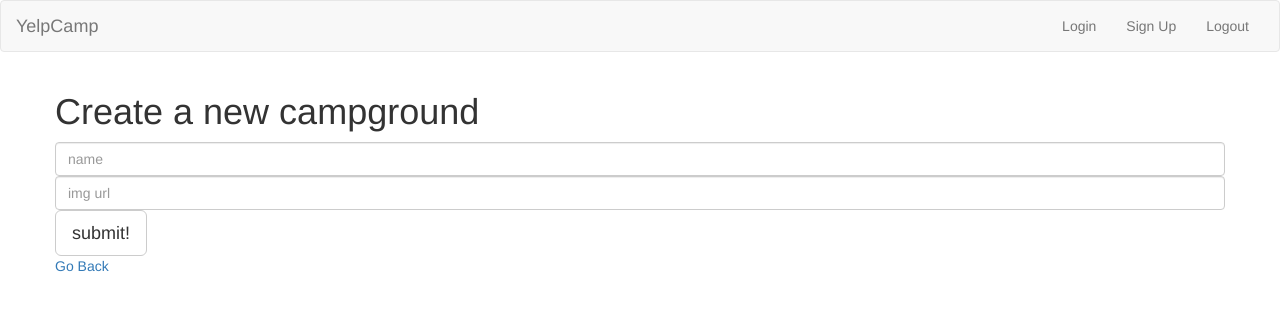
Repository: 19ycy91/myexercise
Page: http://localhost/campgrounds/new
The author's editor kept a record of every edit. The page is drawn from the files as they stood at one moment, then again after the next edit.
The browser window is 1280 px wide. The pictures show the whole page.
The page is served by the project's Node server (YelpCamp/v1/app.js).

Above is the page before.

### 6_Projects_UsingBackEndandRESTfulRoutes/workspace/YelpCamp/v1/views/new.ejs
<% include partials/header %>

<div class="container">
    <div class="row">


<h1>Create a new campground</h1>


<form action="/campgrounds" method="POST">
    <input class="form-control" type = text placeholder="name" name="name">
    <input class="form-control" type = text placeholder = "img url" name = "image">
    <button class="btn btn-lg btn-default"> submit! </button>
</form>

<a href="/campgrounds">Go Back</a>
</div>
<% include partials/footer %>

### 6_Projects_UsingBackEndandRESTfulRoutes/workspace/YelpCamp/v1/views/partials/header.ejs
<!DOCTYPE html>
<html>
    <head>
        <title> YelpCamp</title>
        <link rel="stylesheet" href="//maxcdn.bootstrapcdn.com/bootstrap/3.3.7/css/bootstrap.min.css" integrity="sha384-BVYiiSIFeK1dGmJRAkycuHAHRg32OmUcww7on3RYdg4Va+PmSTsz/K68vbdEjh4u" crossorigin="anonymous">

    </head>
    <body>

    <nav class="navbar navbar-default">
        <div class="container-fluid">
            <div class="navbar-header">
                <a class="navbar-brand" href="/">YelpCamp</a>
            </div>
            <div class="collapse navbar-collapse">
                <ul class="nav navbar-nav navbar-right">
                    <li><a href="/">Login</a></li>
                    <li><a href="/">Sign Up</a></li>
                    <li><a href="/">Logout</a></li>
                </ul>
            </div>
        </div>
    </nav>

### 6_Projects_UsingBackEndandRESTfulRoutes/workspace/YelpCamp/v1/views/partials/footer.ejs
    <!--<p> trade markkkkkk</p>-->
    </body>


</html>

### 6_Projects_UsingBackEndandRESTfulRoutes/workspace/YelpCamp/v1/app.js
var express = require("express");
var app = express();


// this are for POST routes
var bodyParser = require("body-parser");
app.use(bodyParser.urlencoded({extended:true}));

app.set("view engine", "ejs");
app.get("/", function(req,res){
    res.render("landing");
});


var campgrounds = [
            {name: "Salmon Creek", image:"https://pixabay.com/get/e834b5062cf4033ed1584d05fb1d4e97e07ee3d21cac104491f0c578a2e8b3bb_340.jpg"},
            {name:"Granite Hill", image:"https://pixabay.com/get/e83db40e28fd033ed1584d05fb1d4e97e07ee3d21cac104491f0c578a2e8b3bb_340.jpg"},
            {name: "Mountain Goat's Rest", image:"https://pixabay.com/get/e83db50a2ff5083ed1584d05fb1d4e97e07ee3d21cac104491f0c578a2e8b3bb_340.jpg"},
                        {name: "Salmon Creek", image:"https://pixabay.com/get/e834b5062cf4033ed1584d05fb1d4e97e07ee3d21cac104491f0c578a2e8b3bb_340.jpg"},
            {name:"Granite Hill", image:"https://pixabay.com/get/e83db40e28fd033ed1584d05fb1d4e97e07ee3d21cac104491f0c578a2e8b3bb_340.jpg"},
            {name: "Mountain Goat's Rest", image:"https://pixabay.com/get/e83db50a2ff5083ed1584d05fb1d4e97e07ee3d21cac104491f0c578a2e8b3bb_340.jpg"},
                        {name: "Salmon Creek", image:"https://pixabay.com/get/e834b5062cf4033ed1584d05fb1d4e97e07ee3d21cac104491f0c578a2e8b3bb_340.jpg"},
            {name:"Granite Hill", image:"https://pixabay.com/get/e83db40e28fd033ed1584d05fb1d4e97e07ee3d21cac104491f0c578a2e8b3bb_340.jpg"},
            {name: "Mountain Goat's Rest", image:"https://pixabay.com/get/e83db50a2ff5083ed1584d05fb1d4e97e07ee3d21cac104491f0c578a2e8b3bb_340.jpg"}
        ];




app.get('/campgrounds', function(req,res){

    res.render("campgrounds", {campgrounds:campgrounds});


});

app.post("/campgrounds", function(req,res){
    var name = req.body.name;
    var img = req.body.image;
    campgrounds.push({name:name, image: img});
    res.redirect('/campgrounds');  //why can't i use render?
    // get data from form and add to camground array
    // rediret back to camground oage

});

app.get("/campgrounds/new", function(req,res){
    res.render("new.ejs");
});

app.listen(process.env.PORT, process.env.IP, function(){
    console.log("The YelpCamp server has started");
});

After the next edit:
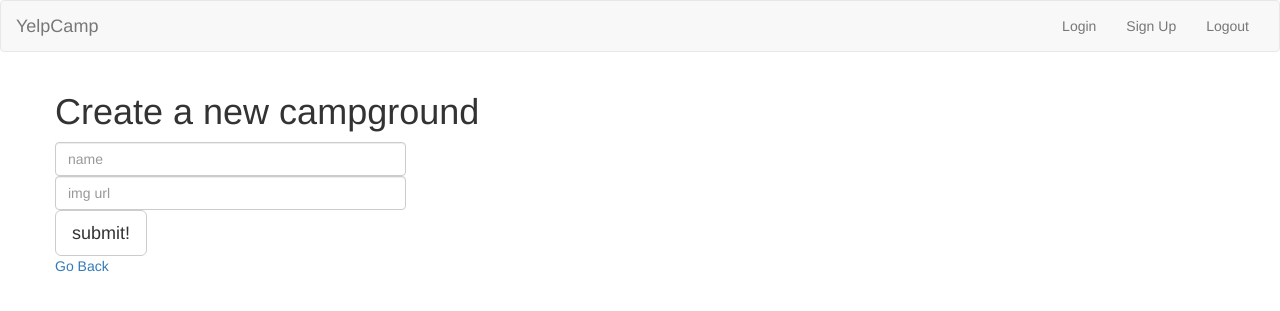
The edit:
--- a/6_Projects_UsingBackEndandRESTfulRoutes/workspace/YelpCamp/v1/views/new.ejs
+++ b/6_Projects_UsingBackEndandRESTfulRoutes/workspace/YelpCamp/v1/views/new.ejs
@@ -4,15 +4,17 @@
     <div class="row">
 
 
-<h1>Create a new campground</h1>
+        <h1>Create a new campground</h1>
+        <div style="width: 30%;">
 
 
-<form action="/campgrounds" method="POST">
-    <input class="form-control" type = text placeholder="name" name="name">
-    <input class="form-control" type = text placeholder = "img url" name = "image">
-    <button class="btn btn-lg btn-default"> submit! </button>
-</form>
+        <form action="/campgrounds" method="POST">
+            <input class="form-control" type = text placeholder="name" name="name">
+            <input class="form-control" type = text placeholder = "img url" name = "image">
+            <button class="btn btn-lg btn-default"> submit! </button>
+        </form>
 
-<a href="/campgrounds">Go Back</a>
+        <a href="/campgrounds">Go Back</a>
+</div>
 </div>
 <% include partials/footer %>
